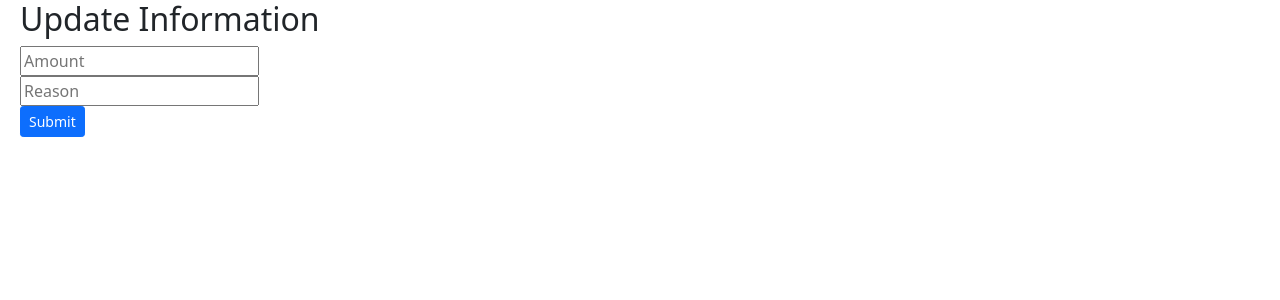
Repository: christianchrr/ExpenseReimbursement
Page: ExpenseReimbursement/src/main/webapp/submitReimbursementRequest.html
An editor plug-in stored every save of this project. The page is shown before and after the next save, followed by the edit.
The browser window is 1280 px wide. The pictures show the whole page.

Above is the page before, as saved 2021-04-01 05:18:23.

### ExpenseReimbursement/src/main/webapp/submitReimbursementRequest.html
<!DOCTYPE html>

<html lang="en">
	<head>
		<meta charset="utf-8">
		<link href="https://cdn.jsdelivr.net/npm/bootstrap@5.0.0-beta3/dist/css/bootstrap.min.css" rel="stylesheet" integrity="sha384-eOJMYsd53ii+scO/bJGFsiCZc+5NDVN2yr8+0RDqr0Ql0h+rP48ckxlpbzKgwra6" crossorigin="anonymous">
	</head>
	<body class="body" style="margin-left: 20px;">
		<h2>Update Information</h2>
		<form action="ReimbursementRequestSubmit" method="post">
			<div class="form-group">
				<label for="amount">
					<input name="amount" type="number" placeholder="Amount">
				</label>
				<br>
				<label for="reason">
					<input name="reason" type="text" placeholder="Reason">
				</label>
				<br>
				<input class="btn btn-primary btn-sm" type="submit" value="Submit">
			</div>
		</form>
	</body>
</html>

After the next save:
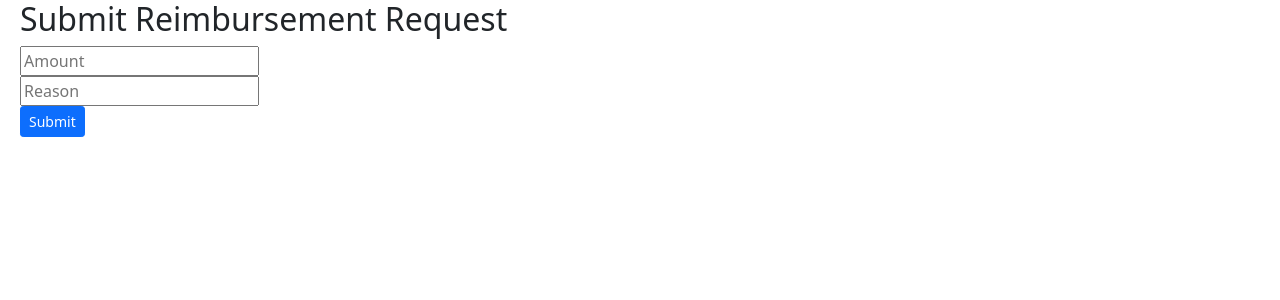
Saved 56 min 37 s later.
--- a/ExpenseReimbursement/src/main/webapp/submitReimbursementRequest.html
+++ b/ExpenseReimbursement/src/main/webapp/submitReimbursementRequest.html
@@ -6,7 +6,7 @@
 		<link href="https://cdn.jsdelivr.net/npm/bootstrap@5.0.0-beta3/dist/css/bootstrap.min.css" rel="stylesheet" integrity="sha384-eOJMYsd53ii+scO/bJGFsiCZc+5NDVN2yr8+0RDqr0Ql0h+rP48ckxlpbzKgwra6" crossorigin="anonymous">
 	</head>
 	<body class="body" style="margin-left: 20px;">
-		<h2>Update Information</h2>
+		<h2>Submit Reimbursement Request</h2>
 		<form action="ReimbursementRequestSubmit" method="post">
 			<div class="form-group">
 				<label for="amount">
